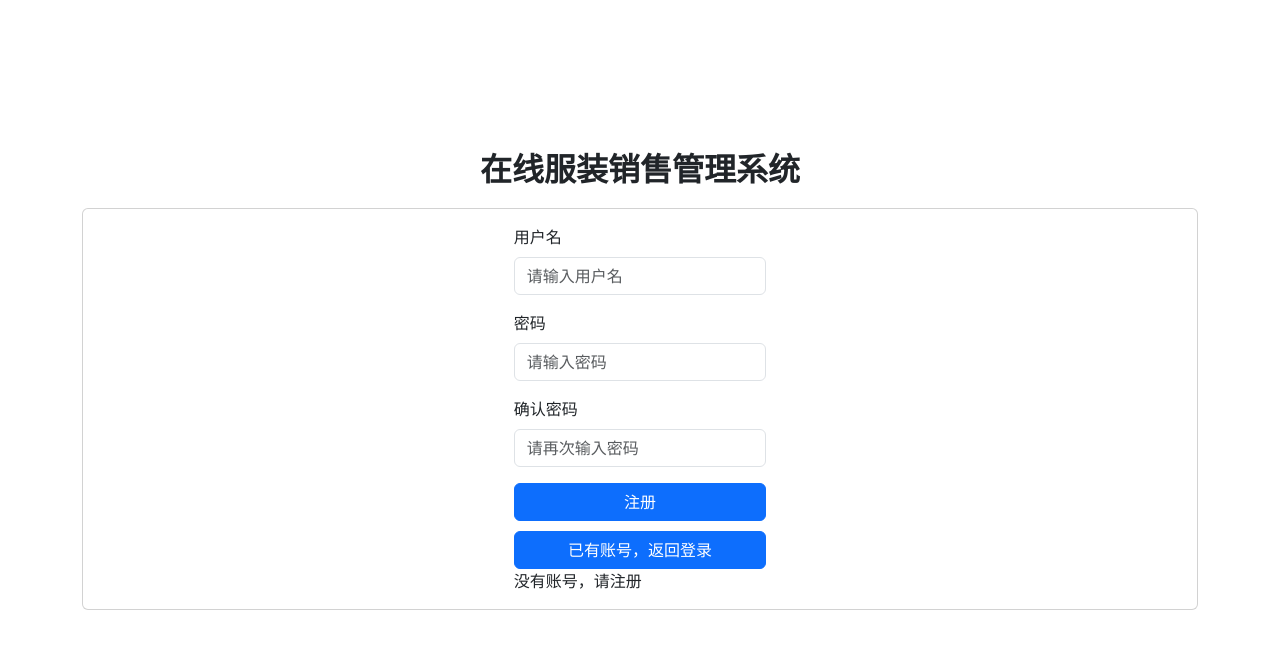
Repository: squawktop/CFS
Page: /user/register (app in web/)
The author's editor kept a copy of each file at every save. The page is drawn from the files as they stood at one save, then again after the next save.
The browser window is 1280 px wide. The pictures show the whole page.
The project was rebuilt for these pictures with package versions that can differ from the ones it lists, and the page was loaded fresh each time. Also part of the build but not shown: web/vue.config.js, web/src/views/LoginView.vue, web/src/components/NavBar.vue, web/src/views/HomeView.vue, web/src/views/UsersManageView.vue, web/src/views/PersonalCenterView.vue, web/src/views/GoodsManageView.vue, web/src/views/OrdersManageView.vue and 1 more.

Above is the page before, as saved 2024-03-23 18:15:40.

After the next save:
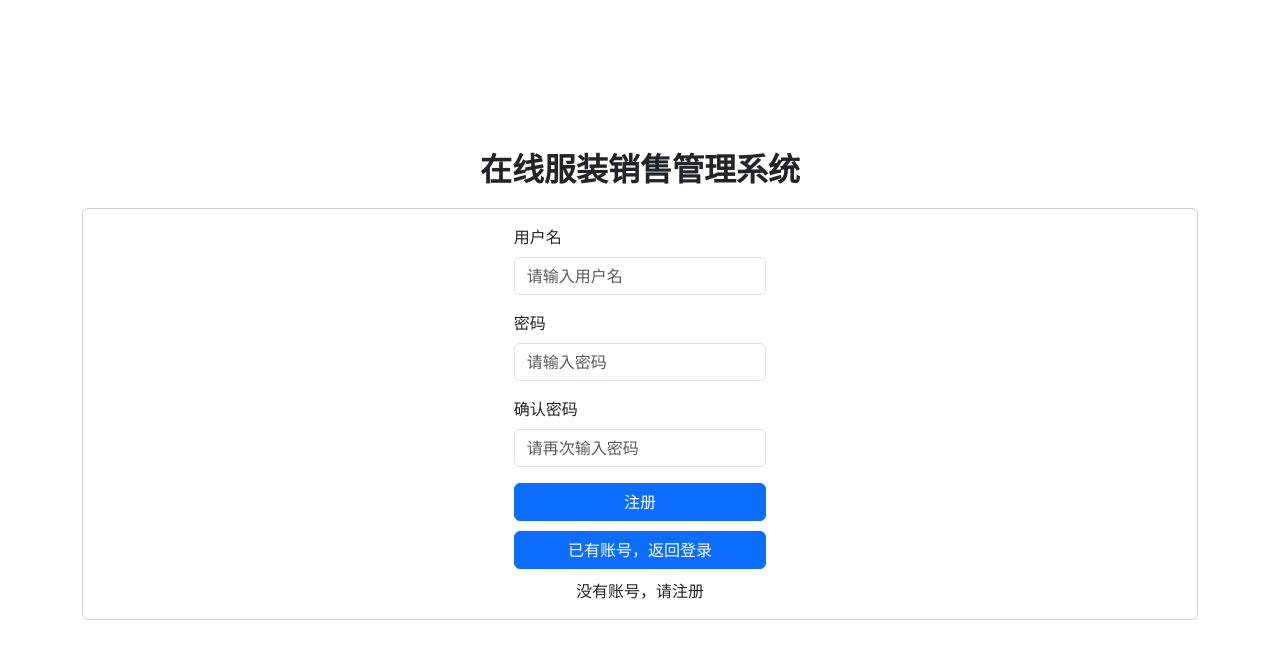
Saved 20 s later.
--- a/web/src/views/RegisterView.vue
+++ b/web/src/views/RegisterView.vue
@@ -100,4 +100,14 @@ button {
 div.error-message {
     color: red;
 }
+
+.tip {
+    cursor: pointer;
+    text-align: center;
+    margin-top: 10px;
+
+}
+.tip:hover{
+    text-decoration:underline;
+}
 </style>
